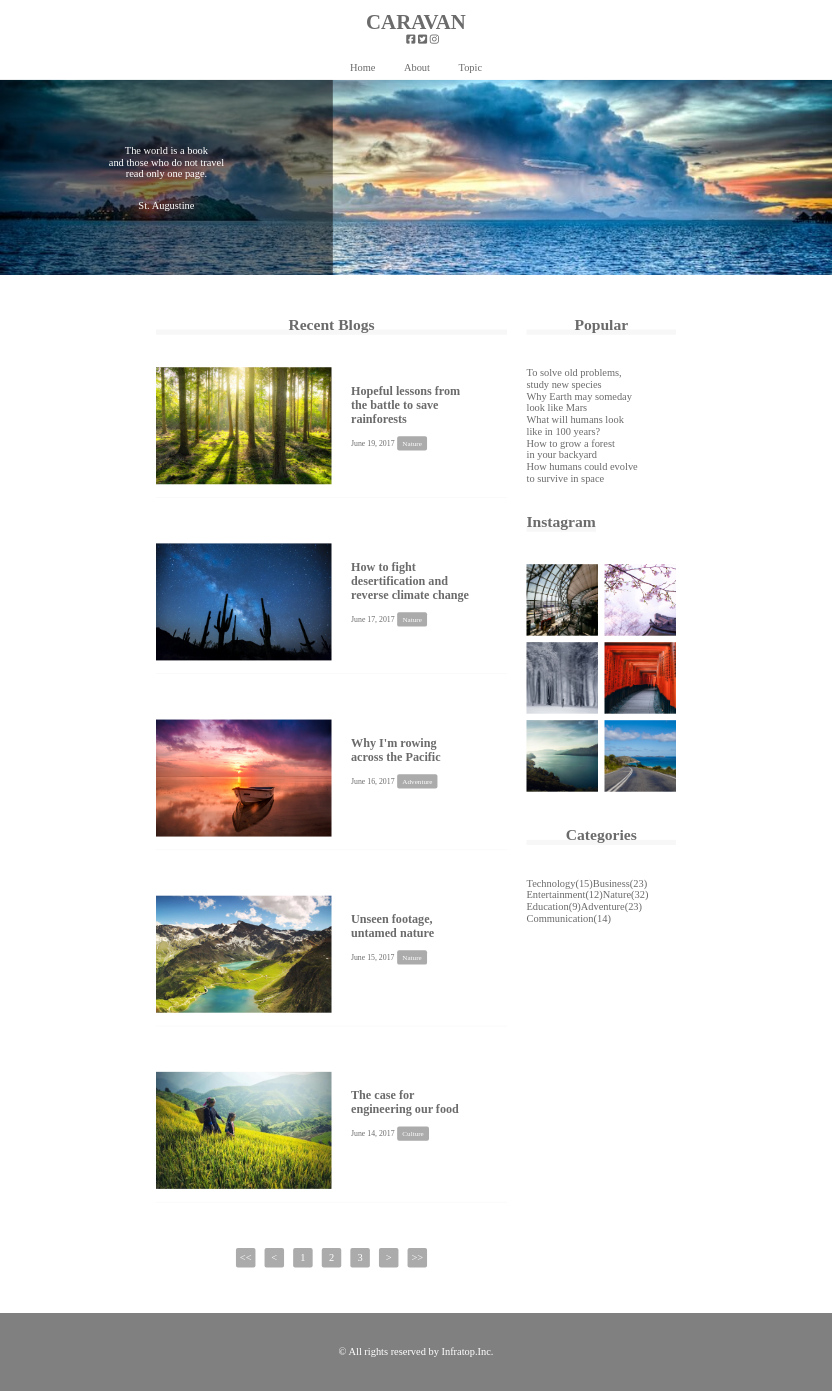
Repository: yuu2310/dmm-webcamp
Page: caravan/index.html
The author's editor kept a record of every edit. The page is drawn from the files as they stood at one moment, then again after the next edit.
The browser window is 1280 px wide. The pictures show the whole page, at 65% of full size.
Some web libraries are served in a nearby version.

Above is the page before.

After the next edit:
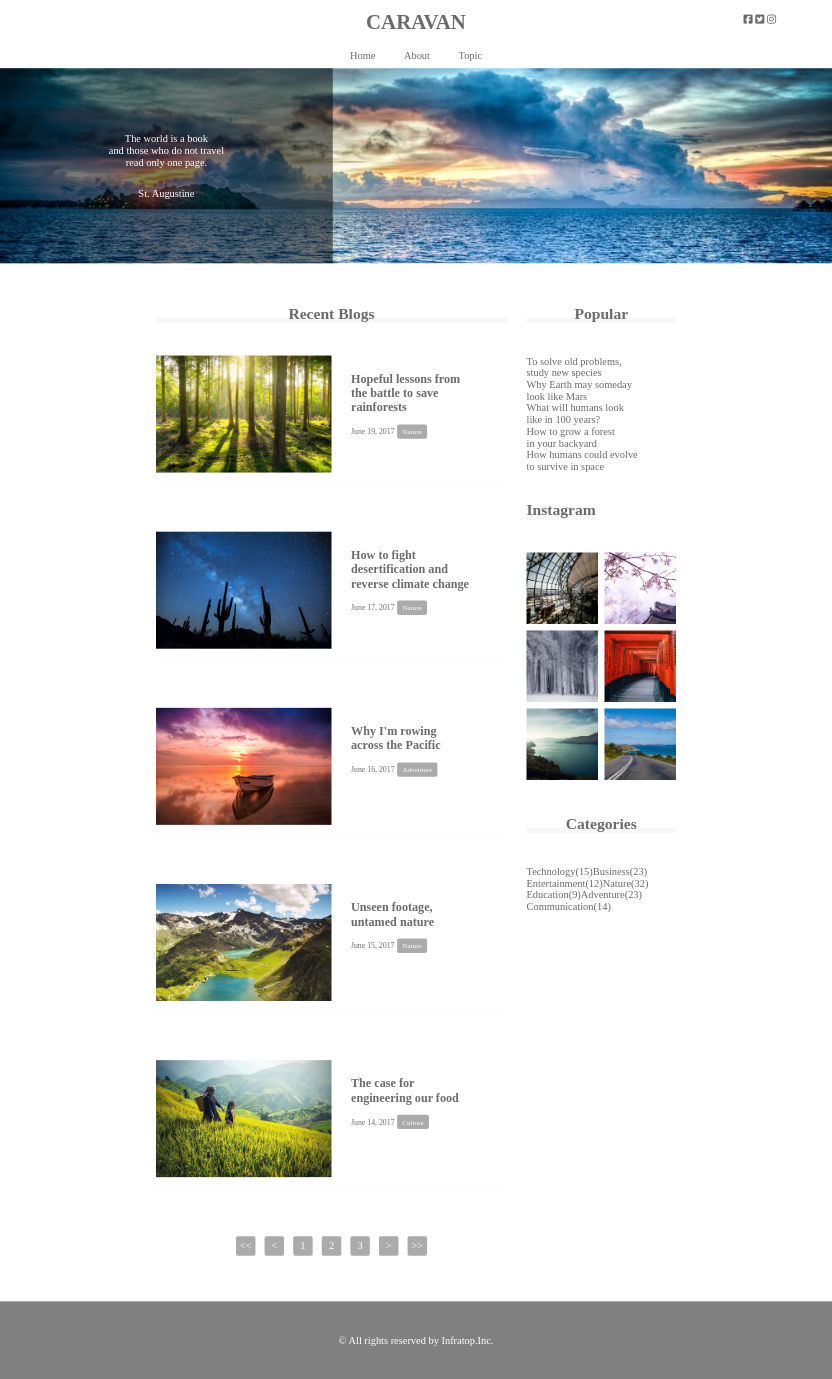
The edit:
--- a/caravan/style.css
+++ b/caravan/style.css
@@ -25,6 +25,12 @@
 }
 
 .social {
+  position: absolute;
+  /* headerクラスの左上を基準に絶対位置で指定する */
+  top: 22px;
+  /* headerの左上から22px下側へ移動する */
+  right: 22px;
+  /* headerの右上から22px左側へ移動する */
   display: inline-block;
   margin-left: 20px;
 }
